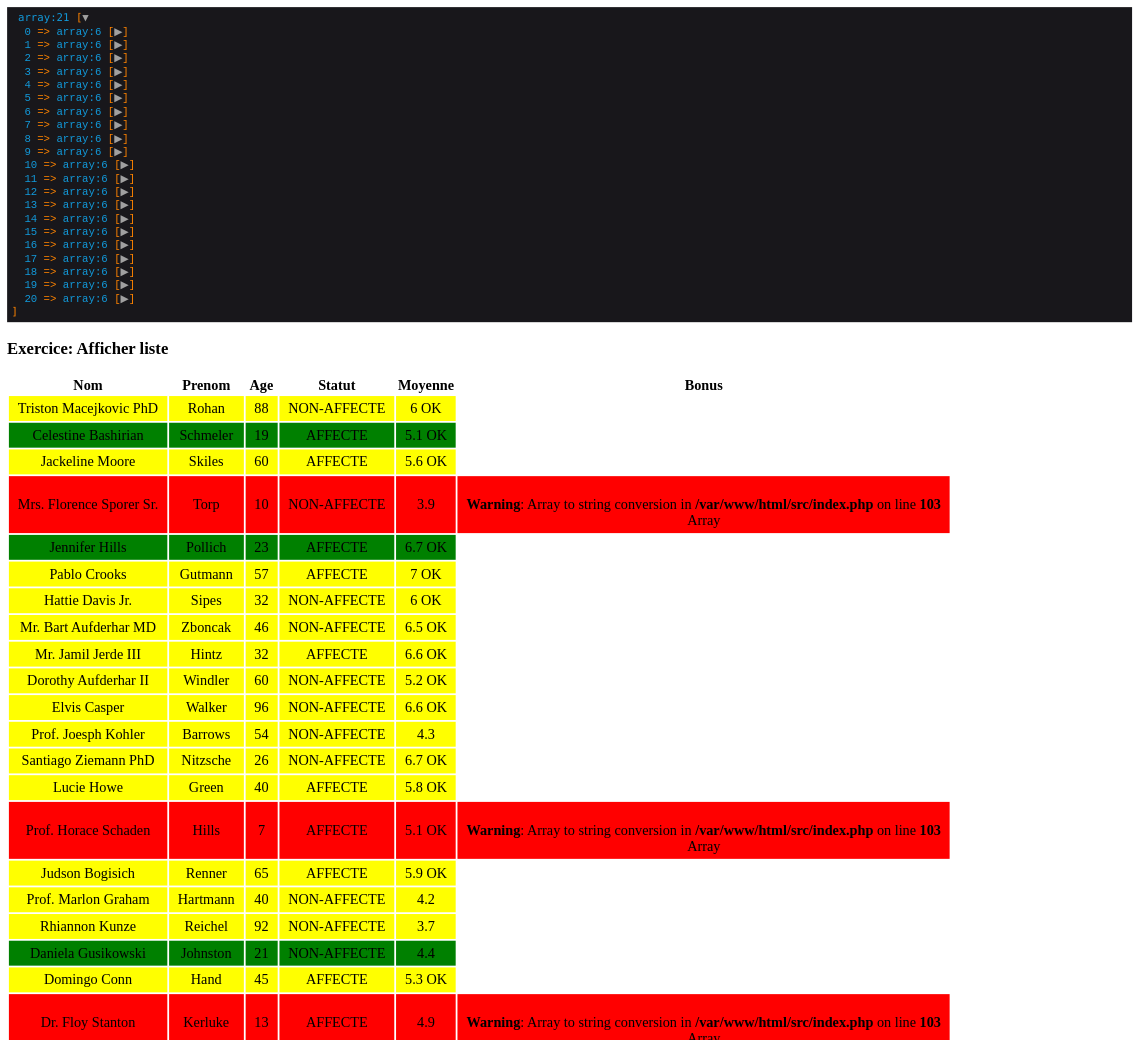
Repository: Bfabien99/PHPREPO
Page: http://localhost/
The author's editor kept a copy of each file at every save. The page is drawn from the files as they stood at one save, then again after the next save.
The browser window is 1280 px wide. The pictures show the whole page, at 89% of full size.
The page is run by PHP 8.4 with error messages shown; the project is at /var/www/html/.

Above is the page before, as saved 2021-12-10 12:19:30.

After the next save:
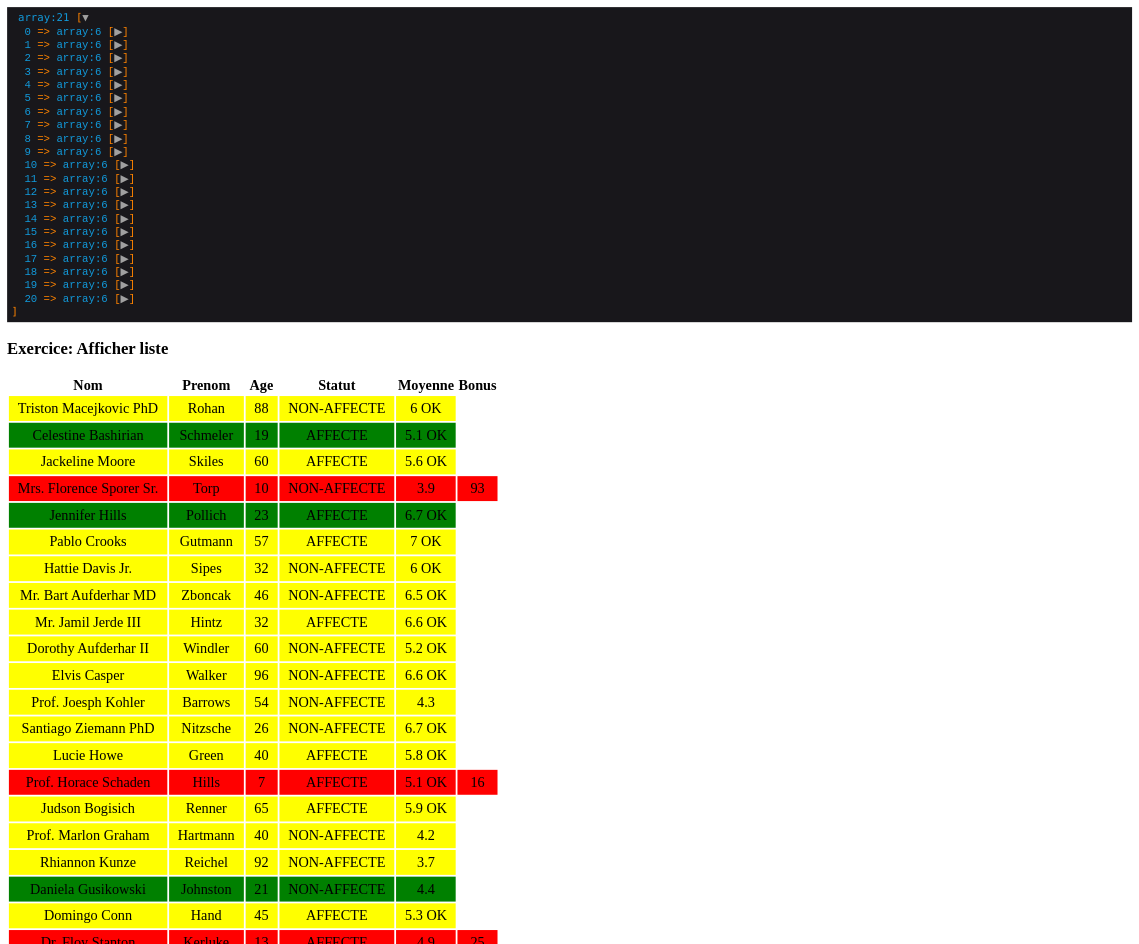
Saved 21 s later.
--- a/MakeFakeData/src/index.php
+++ b/MakeFakeData/src/index.php
@@ -23,7 +23,7 @@ while($i <= 20) {
 	}
 
 	$person["notes"] = $notes;
-	$person["bonus"] = [rand(1,5)];
+	$person["bonus"] = $faker->numberBetween($min=1,$max=99);;
 	$person["statut"] = $faker->randomElement(["AFFECTE","NON-AFFECTE"]);
 	$list[] = $person;
 	$i++;
